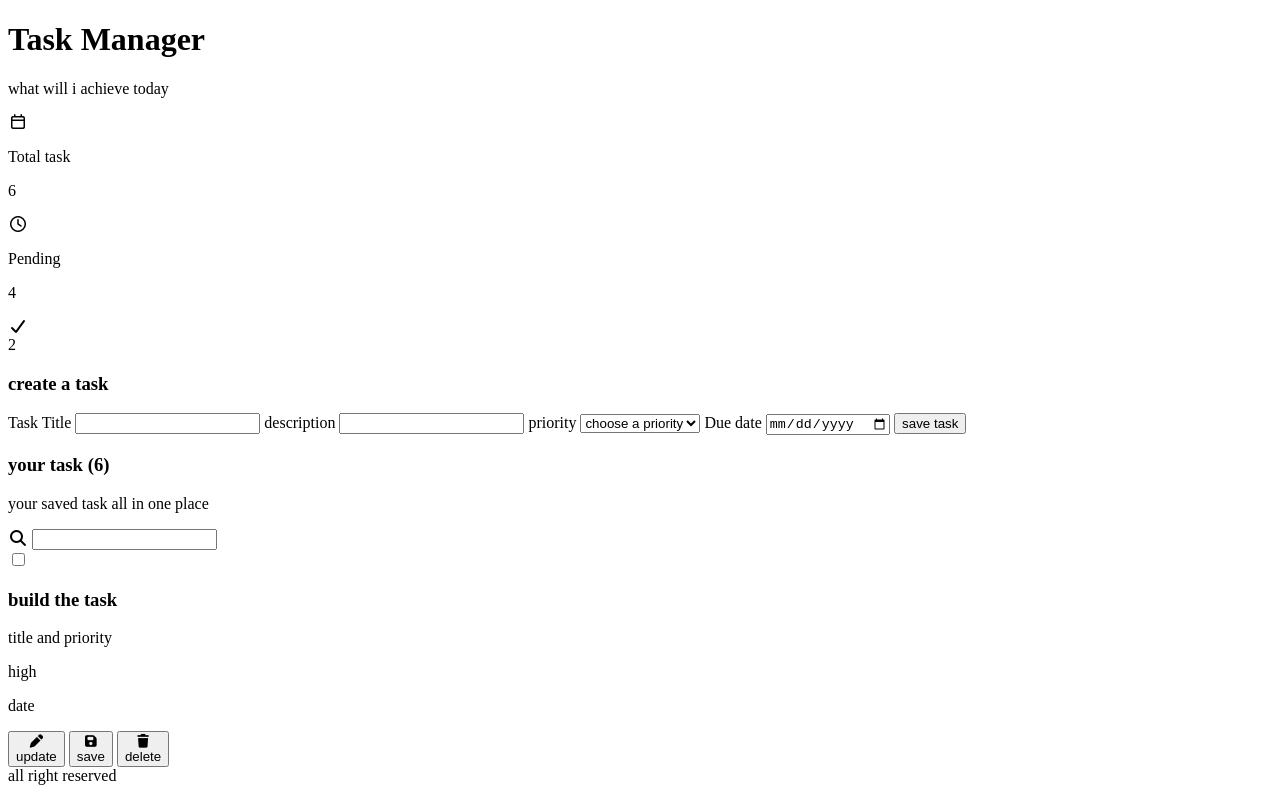
Repository: XDENTERTAINMENT/task-manager-groupwork
Page: index.html
These files come from the project's save history. The page is drawn as it stood at one moment and after a run of saves; the edit follows.
The browser window is 1280 px wide. The pictures show the whole page.

Above is the page before, as saved 2026-10-23 22:14:01.

After the next 2 saves:
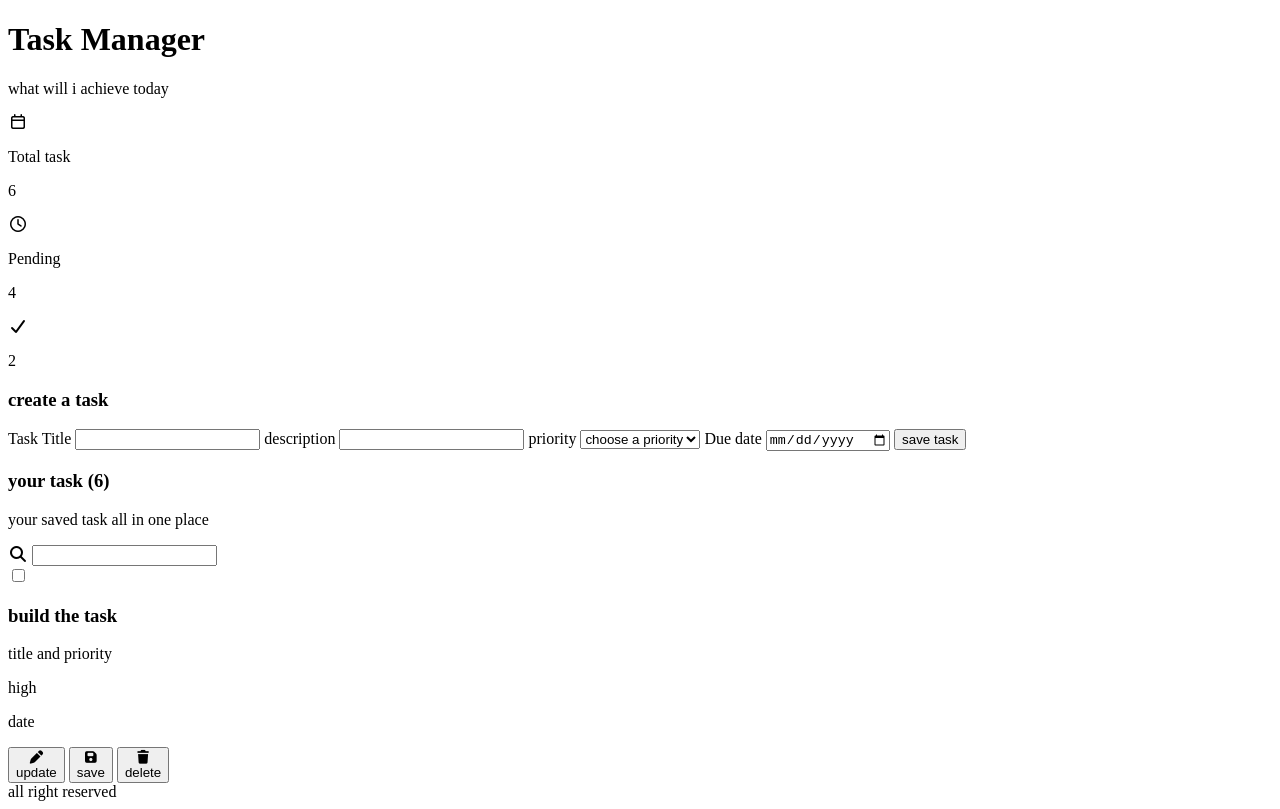
The 2 saves are shown as one change because they came seconds apart.
The last was saved 18 s later.
--- a/index.html
+++ b/index.html
@@ -34,7 +34,8 @@
         </div>
 
         <div>
-        <p  id="completed-task"> <div><i class="fa-solid fa-check"></i></div>2</p>
+            <div><i class="fa-solid fa-check"></i></div>
+        <p  id="completed-task"> 2</p>
         </div>
     </section>
 
